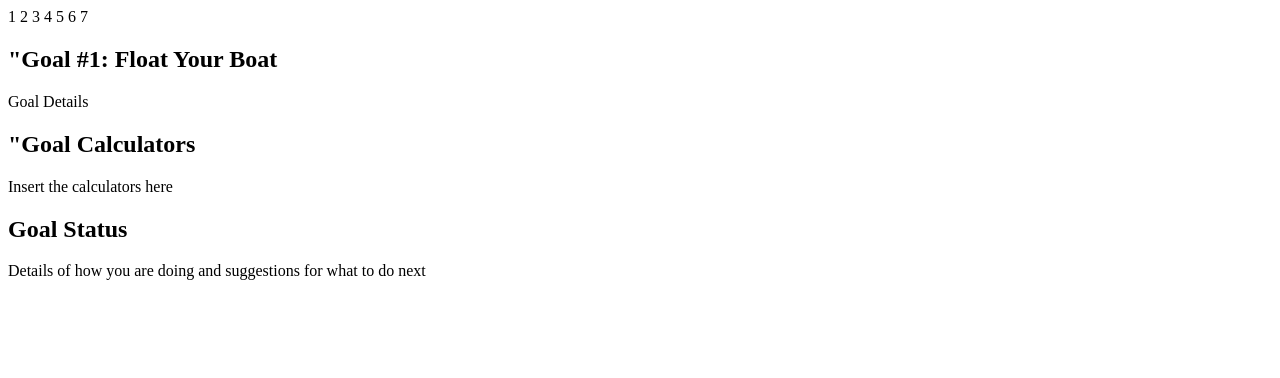
Repository: DevZubair/ionic-test
Page: www/templates/compass.html
The author's editor kept a record of every edit. The page is drawn from the files as they stood at one moment, then again after the next edit.
The browser window is 1280 px wide. The pictures show the whole page.

Above is the page before.

After the next edit:
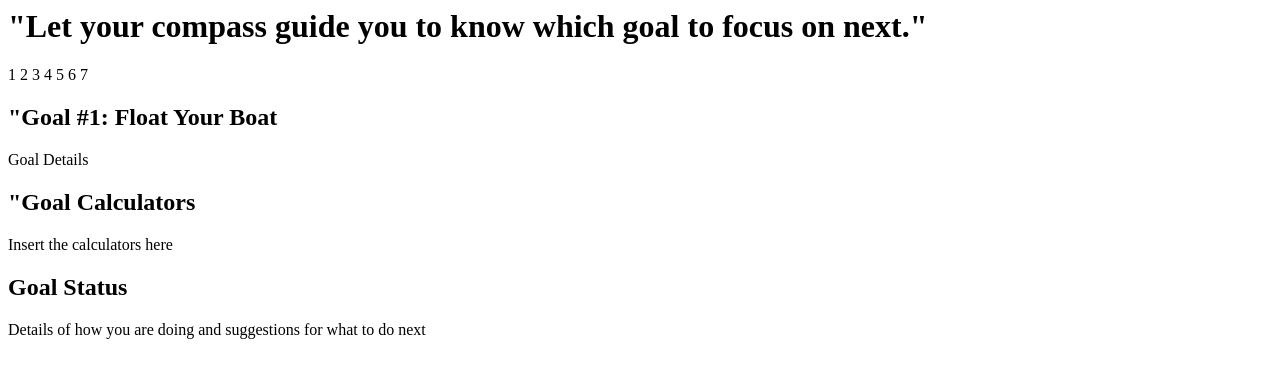
The edit:
--- a/www/templates/compass.html
+++ b/www/templates/compass.html
@@ -1,6 +1,6 @@
 <ion-view view-title=>
   <ion-content>
-    <h1> </h1>
+    <h1>"Let your compass guide you to know which goal to focus on next."</h1>
      <div class="button-bar button-assertive button-inset">
       <a class="button">1</a>
       <a class="button">2</a>
